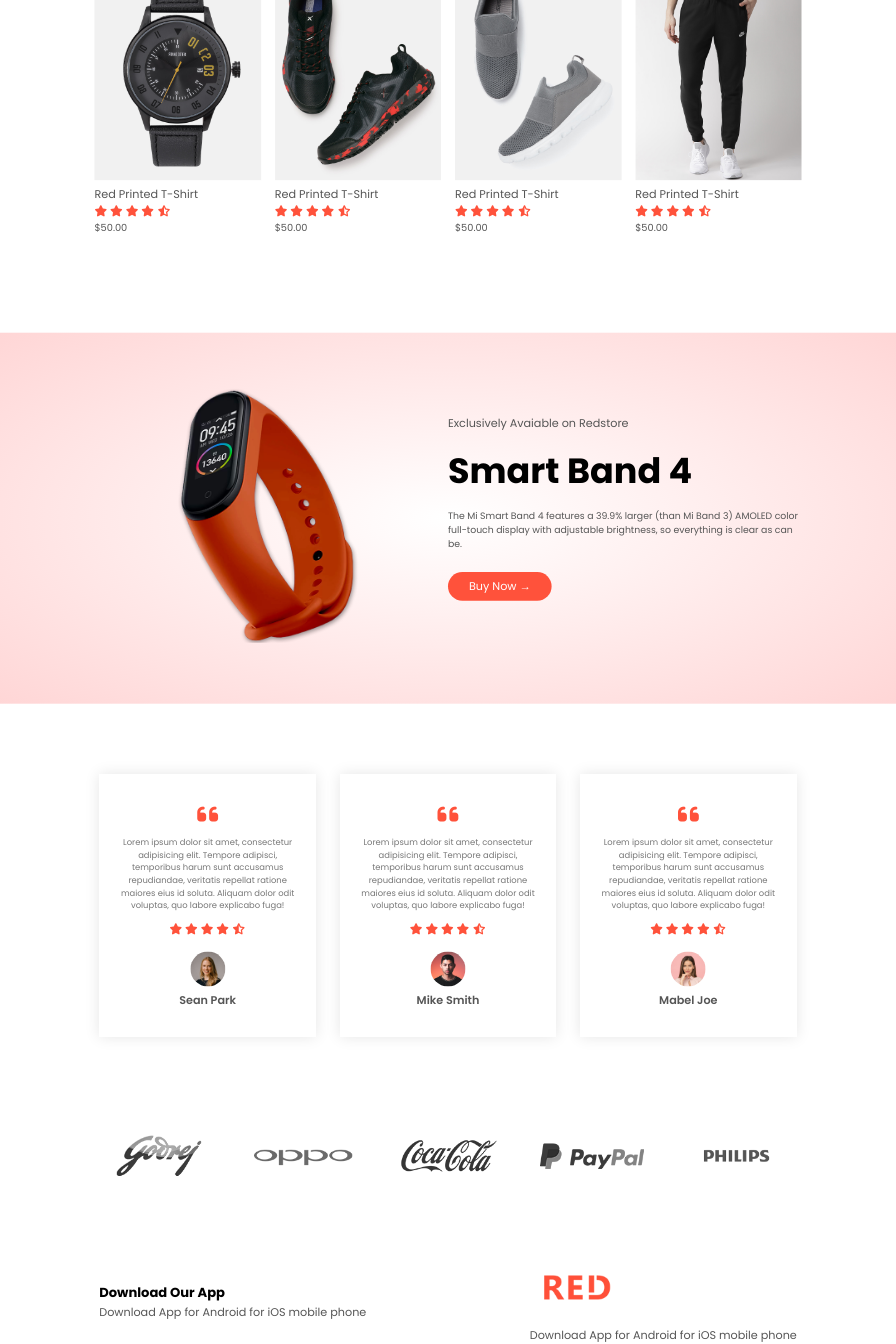
Repository: datvu1608/redsportstore
Page: index.html
These files come from the project's save history. The page is drawn as it stood at one moment and after the next save; the edit follows.
The browser window is 1280 px wide. The pictures show the part of the page from y = 2585 to 4505 px (the page is 4505 px tall before and 4480 px after), at 70% of full size.

Above is the page before, as saved 2023-11-23 15:10:13.

### index.html
<!DOCTYPE html>
<html lang="en">
  <head>
    <meta charset="UTF-8" />
    <meta name="viewport" content="width=device-width, initial-scale=1.0" />
    <title>Restore | Ecommerce Website Design</title>
    <link
      href="https://fonts.googleapis.com/css2?family=Poppins:wght@300;400;500;600;700&display=swap"
      rel="stylesheet"
    />
    <link
      rel="stylesheet"
      href="https://cdnjs.cloudflare.com/ajax/libs/font-awesome/6.4.2/css/all.min.css"
    />
    <link rel="stylesheet" href="./styles.css" />
  </head>
  <body>
    <div class="header">
      <div class="container">
        <div class="navbar">
          <div class="logo">
            <img src="./images/logo.png" alt="" width="125px" />
          </div>
          <nav>
            <ul>
              <li>
                <a href="#">Home</a>
              </li>
              <li>
                <a href="#">Products</a>
              </li>
              <li>
                <a href="#">About</a>
              </li>
              <li>
                <a href="#">Contact</a>
              </li>
              <li>
                <a href="#">Account</a>
              </li>
            </ul>
          </nav>
          <img
            src="./images/cart.png"
            width="30px"
            height="30px"
            alt="cart-icon"
          />
        </div>
        <div class="row">
          <div class="col-2">
            <h1>Give Your Workout <br />A New Style!</h1>
            <p>
              Succes isn't always about greatness. It's about consistency.
              Consistent hard work gains success. Greatness will come.
            </p>
            <a href="" class="btn">Explore Now &#8594;</a>
          </div>
          <div class="col-2">
            <img src="./images/image1.png" alt="" />
          </div>
        </div>
      </div>
    </div>
    <!-- featured categories -->
    <div class="categories">
      <div class="small-container">
        <div class="row">
          <div class="col-3">
            <img src="./images/category-1.jpg" alt="" />
          </div>
          <div class="col-3">
            <img src="./images/category-2.jpg" alt="" />
          </div>
          <div class="col-3">
            <img src="./images/category-3.jpg" alt="" />
          </div>
        </div>
      </div>
    </div>
    <!-- featured-products -->
    <div class="small-container">
      <h2 class="title">Featured Products</h2>
      <div class="row">
        <div class="col-4">
          <img src="./images/product-1.jpg" alt="" />
          <h4>Red Printed T-Shirt</h4>
          <div class="rating">
            <i class="fa-solid fa-star"></i>
            <i class="fa-solid fa-star"></i>
            <i class="fa-solid fa-star"></i>
            <i class="fa-solid fa-star"></i>
            <i class="fa-regular fa-star"></i>
          </div>
          <p>$50.00</p>
        </div>
        <div class="col-4">
          <img src="./images/product-2.jpg" alt="" />
          <h4>Red Printed T-Shirt</h4>
          <div class="rating">
            <i class="fa-solid fa-star"></i>
            <i class="fa-solid fa-star"></i>
            <i class="fa-solid fa-star"></i>
            <i class="fa-solid fa-star"></i>
            <i class="fa-regular fa-star"></i>
          </div>
          <p>$50.00</p>
        </div>
        <div class="col-4">
          <img src="./images/product-3.jpg" alt="" />
          <h4>Red Printed T-Shirt</h4>
          <div class="rating">
            <i class="fa-solid fa-star"></i>
            <i class="fa-solid fa-star"></i>
            <i class="fa-solid fa-star"></i>
            <i class="fa-solid fa-star"></i>
            <i class="fa-solid fa-star-half-stroke"></i>
          </div>
          <p>$50.00</p>
        </div>
        <div class="col-4">
          <img src="./images/product-4.jpg" alt="" />
          <h4>Red Printed T-Shirt</h4>
          <div class="rating">
            <i class="fa-solid fa-star"></i>
            <i class="fa-solid fa-star"></i>
            <i class="fa-solid fa-star"></i>
            <i class="fa-solid fa-star"></i>
            <i class="fa-solid fa-star-half-stroke"></i>
          </div>
          <p>$50.00</p>
        </div>
      </div>
      <h2 class="title">Lates Products</h2>
      <div class="row">
        <div class="col-4">
          <img src="./images/product-5.jpg" alt="" />
          <h4>Red Printed T-Shirt</h4>
          <div class="rating">
            <i class="fa-solid fa-star"></i>
            <i class="fa-solid fa-star"></i>
            <i class="fa-solid fa-star"></i>
            <i class="fa-solid fa-star"></i>
            <i class="fa-regular fa-star"></i>
          </div>
          <p>$50.00</p>
        </div>
        <div class="col-4">
          <img src="./images/product-6.jpg" alt="" />
          <h4>Red Printed T-Shirt</h4>
          <div class="rating">
            <i class="fa-solid fa-star"></i>
            <i class="fa-solid fa-star"></i>
            <i class="fa-solid fa-star"></i>
            <i class="fa-solid fa-star"></i>
            <i class="fa-regular fa-star"></i>
          </div>
          <p>$50.00</p>
        </div>
        <div class="col-4">
          <img src="./images/product-7.jpg" alt="" />
          <h4>Red Printed T-Shirt</h4>
          <div class="rating">
            <i class="fa-solid fa-star"></i>
            <i class="fa-solid fa-star"></i>
            <i class="fa-solid fa-star"></i>
            <i class="fa-solid fa-star"></i>
            <i class="fa-solid fa-star-half-stroke"></i>
          </div>
          <p>$50.00</p>
        </div>
        <div class="col-4">
          <img src="./images/product-8.jpg" alt="" />
          <h4>Red Printed T-Shirt</h4>
          <div class="rating">
            <i class="fa-solid fa-star"></i>
            <i class="fa-solid fa-star"></i>
            <i class="fa-solid fa-star"></i>
            <i class="fa-solid fa-star"></i>
            <i class="fa-solid fa-star-half-stroke"></i>
          </div>
          <p>$50.00</p>
        </div>
        <div class="col-4">
          <img src="./images/product-9.jpg" alt="" />
          <h4>Red Printed T-Shirt</h4>
          <div class="rating">
            <i class="fa-solid fa-star"></i>
            <i class="fa-solid fa-star"></i>
            <i class="fa-solid fa-star"></i>
            <i class="fa-solid fa-star"></i>
            <i class="fa-solid fa-star-half-stroke"></i>
          </div>
          <p>$50.00</p>
        </div>
        <div class="col-4">
          <img src="./images/product-10.jpg" alt="" />
          <h4>Red Printed T-Shirt</h4>
          <div class="rating">
            <i class="fa-solid fa-star"></i>
            <i class="fa-solid fa-star"></i>
            <i class="fa-solid fa-star"></i>
            <i class="fa-solid fa-star"></i>
            <i class="fa-solid fa-star-half-stroke"></i>
          </div>
          <p>$50.00</p>
        </div>
        <div class="col-4">
          <img src="./images/product-11.jpg" alt="" />
          <h4>Red Printed T-Shirt</h4>
          <div class="rating">
            <i class="fa-solid fa-star"></i>
            <i class="fa-solid fa-star"></i>
            <i class="fa-solid fa-star"></i>
            <i class="fa-solid fa-star"></i>
            <i class="fa-solid fa-star-half-stroke"></i>
          </div>
          <p>$50.00</p>
        </div>
        <div class="col-4">
          <img src="./images/product-12.jpg" alt="" />
          <h4>Red Printed T-Shirt</h4>
          <div class="rating">
            <i class="fa-solid fa-star"></i>
            <i class="fa-solid fa-star"></i>
            <i class="fa-solid fa-star"></i>
            <i class="fa-solid fa-star"></i>
            <i class="fa-solid fa-star-half-stroke"></i>
          </div>
          <p>$50.00</p>
        </div>
      </div>
    </div>
    <!-- offer -->
    <div class="offer">
      <div class="small-container">
        <div class="row">
          <div class="col-2">
            <img src="./images/exclusive.png" class="offer-img" alt="" />
          </div>
          <div class="col-2">
            <p>Exclusively Avaiable on Redstore</p>
            <h1>Smart Band 4</h1>
            <small
              >The Mi Smart Band 4 features a 39.9% larger (than Mi Band 3)
              AMOLED color full-touch display with adjustable brightness, so
              everything is clear as can be.
            </small>
            <a href="#" class="btn">Buy Now &#8594;</a>
          </div>
        </div>
      </div>
    </div>
    <!-- testimonial -->
    <div class="testimonial">
      <div class="small-container">
        <div class="row">
          <div class="col-3">
            <i class="fa-solid fa-quote-left"></i>
            <p>
              Lorem ipsum dolor sit amet, consectetur adipisicing elit. Tempore
              adipisci, temporibus harum sunt accusamus repudiandae, veritatis
              repellat ratione maiores eius id soluta. Aliquam dolor odit
              voluptas, quo labore explicabo fuga!
            </p>
            <div class="rating">
              <i class="fa-solid fa-star"></i>
              <i class="fa-solid fa-star"></i>
              <i class="fa-solid fa-star"></i>
              <i class="fa-solid fa-star"></i>
              <i class="fa-solid fa-star-half-stroke"></i>
            </div>
            <img src="./images/user-1.png" alt="" />
            <h3>Sean Park</h3>
          </div>
          <div class="col-3">
            <i class="fa-solid fa-quote-left"></i>
            <p>
              Lorem ipsum dolor sit amet, consectetur adipisicing elit. Tempore
              adipisci, temporibus harum sunt accusamus repudiandae, veritatis
              repellat ratione maiores eius id soluta. Aliquam dolor odit
              voluptas, quo labore explicabo fuga!
            </p>
            <div class="rating">
              <i class="fa-solid fa-star"></i>
              <i class="fa-solid fa-star"></i>
              <i class="fa-solid fa-star"></i>
              <i class="fa-solid fa-star"></i>
              <i class="fa-solid fa-star-half-stroke"></i>
            </div>
            <img src="./images/user-2.png" alt="" />
            <h3>Mike Smith</h3>
          </div>
          <div class="col-3">
            <i class="fa-solid fa-quote-left"></i>
            <p>
              Lorem ipsum dolor sit amet, consectetur adipisicing elit. Tempore
              adipisci, temporibus harum sunt accusamus repudiandae, veritatis
              repellat ratione maiores eius id soluta. Aliquam dolor odit
              voluptas, quo labore explicabo fuga!
            </p>
            <div class="rating">
              <i class="fa-solid fa-star"></i>
              <i class="fa-solid fa-star"></i>
              <i class="fa-solid fa-star"></i>
              <i class="fa-solid fa-star"></i>
              <i class="fa-solid fa-star-half-stroke"></i>
            </div>
            <img src="./images/user-3.png" alt="" />
            <h3>Mabel Joe</h3>
          </div>
        </div>
      </div>
    </div>
    <!-- brands -->
    <div class="brands">
      <div class="small-container">
        <div class="row">
          <div class="col-5">
            <img src="./images/logo-godrej.png" alt="" />
          </div>
          <div class="col-5">
            <img src="./images/logo-oppo.png" alt="" />
          </div>
          <div class="col-5">
            <img src="./images/logo-coca-cola.png" alt="" />
          </div>
          <div class="col-5">
            <img src="./images/logo-paypal.png" alt="" />
          </div>
          <div class="col-5">
            <img src="./images/logo-philips.png" alt="" />
          </div>
        </div>
      </div>
    </div>
    <!-- footer -->
    <div class="footer">
      <div class="container">
        <div class="row">
          <div class="footer-col-1">
            <h3>Download Our App</h3>
            <p>Download App for Android for iOS mobile phone</p>
          </div>
          <div class="footer-col-2">
            <img src="./images/logo-white.png" alt="" />
            <p>Download App for Android for iOS mobile phone</p>
          </div>
        </div>
      </div>
    </div>
  </body>
</html>

### styles.css
* {
  margin: 0;
  padding: 0;
  box-sizing: border-box;
}
body {
  font-family: 'Poppins', sans-serif;
}
a {
  text-decoration: none;
}
.navbar {
  display: flex;
  align-items: center;
  padding: 20px;
}
nav {
  flex: 1;
  text-align: right;
}
nav ul {
  display: inline-block;
  list-style-type: none;
}
nav ul li {
  display: inline-block;
  margin-right: 20px;
}
nav ul li a {
  text-decoration: none;
  color: #555;
}

p {
  color: #555;
}
.container {
  max-width: 1300px;
  margin: auto;
  padding-left: 25px;
  padding-right: 25px;
}
.row {
  display: flex;
  align-items: center;
  flex-wrap: wrap;
  justify-content: space-around;
}
.col-2 {
  flex-basis: 50%;
  min-width: 300px;
}
.col-2 img {
  max-width: 100%;
  padding: 50px 0;
}
.col-2 h1 {
  font-size: 50px;
  line-height: 60px;
  margin: 25px 0;
}
.btn {
  display: inline-block;
  background: #ff523b;
  border-radius: 30px;
  color: #fff;
  padding: 8px 30px;
  margin: 30px 0;
  transition: 0.5s;
}
.btn:hover {
  background: #563434;
}
.header {
  background: radial-gradient(#fff, #ffd6d6);
}
.header .row {
  margin-top: 70px;
}

.categories {
  margin: 70px 0;
}
.col-3 {
  flex-basis: 30%;
  min-width: 250px;
  margin-bottom: 30px;
}
.col-3 img {
  width: 100%;
}
.small-container {
  max-width: 1080px;
  margin: auto;
  padding-left: 25px;
  padding-right: 25px;
}
.col-4 {
  flex-basis: 25%;
  padding: 10px;
  min-width: 200px;
  margin-bottom: 50px;
  transition: 0.5s;
}
.col-4 img {
  width: 100%;
}

.title {
  text-align: center;
  margin: 0 auto 80px;
  position: relative;
  line-height: 60px;
  color: #555;
}
.title::after {
  content: '';
  background: #ff523b;
  width: 80px;
  height: 5px;
  position: absolute;
  border-radius: 5px;
  bottom: 0;
  left: 50%;
  transform: translateX(-50%);
}
h4 {
  color: #555;
  font-weight: normal;
}
.col-4 p {
  font-size: 14px;
}
.rating .fa-star,
.fa-star-half-stroke {
  color: #ff523b;
}

.col-4:hover {
  transform: translateY(-10px);
}
.offer {
  background: radial-gradient(#fff, #ffd6d6);
  margin-top: 80px;
  padding: 30px 0;
}
.col-2 .offer-img {
  padding: 50px;
}
small {
  color: #555;
  display: block;
}

/* Testimonial */
.testimonial {
  padding-top: 100px;
}
.testimonial .col-3 {
  text-align: center;
  padding: 40px 20px;
  box-shadow: 0 0 20px 0px rgba(0, 0, 0, 0.1);
  cursor: pointer;
  transition: transform 0.5s;
}
.testimonial .col-3 img {
  width: 50px;
  margin-top: 20px;
  border-radius: 50%;
}
.testimonial .col-3:hover {
  transform: translateY(-10px);
}
.fa-solid.fa-quote-left {
  font-size: 34px;
  color: #ff523b;
}
.col-3 p {
  font-size: 12px;
  margin: 12px 0;
  color: #777;
}
.testimonial .col-3 h3 {
  font-weight: 600;
  color: #555;
  font-size: 16px;
}
/* brands */
.brands {
  margin: 100px auto;
}
.col-5 {
  width: 160px;
}
.col-5 img {
  width: 100%;
  cursor: pointer;
  filter: grayscale(100%);
}
.col-5 img:hover {
  filter: grayscale(0);
}

After the next save:
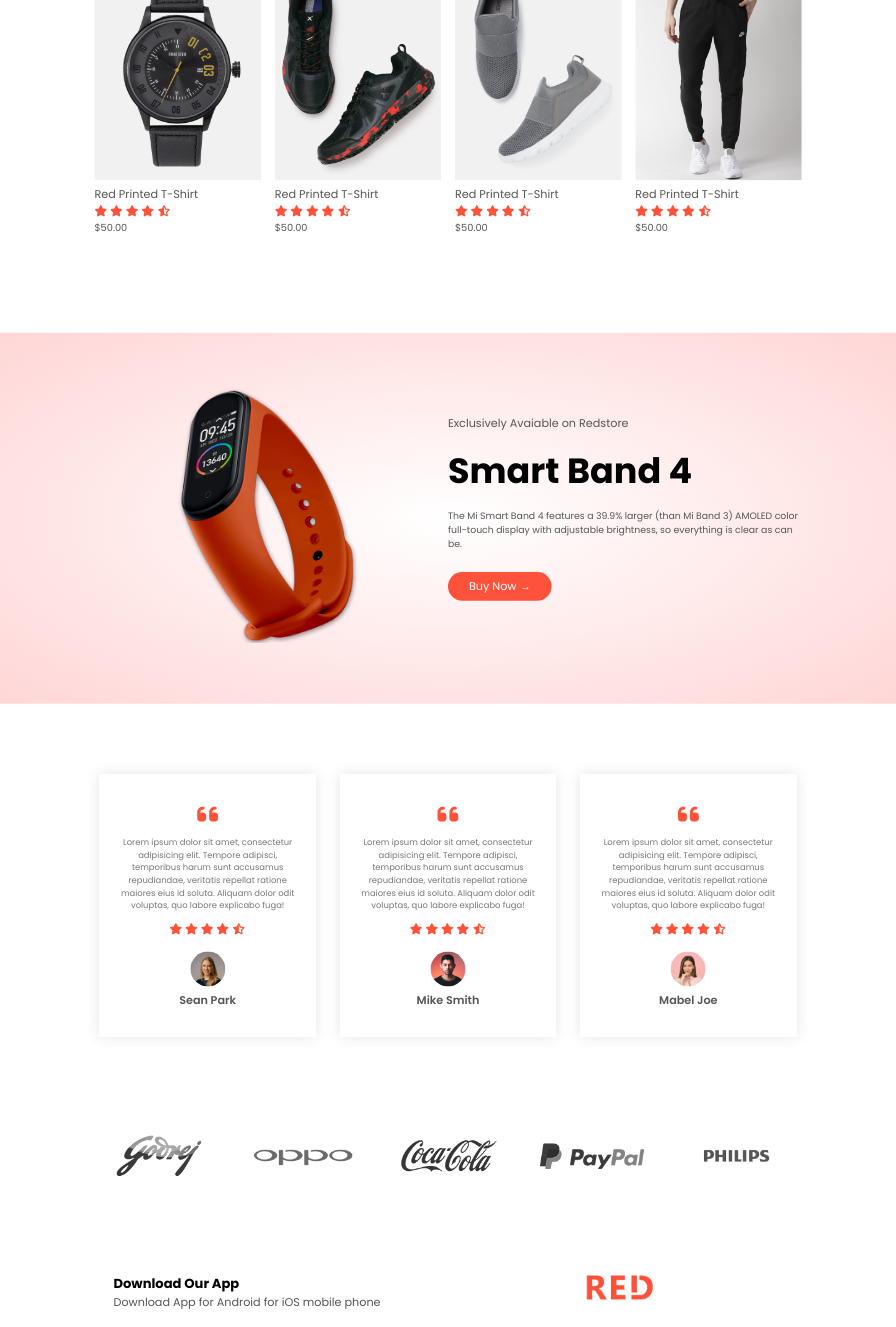
Saved 20 s later.
--- a/index.html
+++ b/index.html
@@ -344,7 +344,7 @@
           </div>
           <div class="footer-col-2">
             <img src="./images/logo-white.png" alt="" />
-            <p>Download App for Android for iOS mobile phone</p>
+            <p></p>
           </div>
         </div>
       </div>
